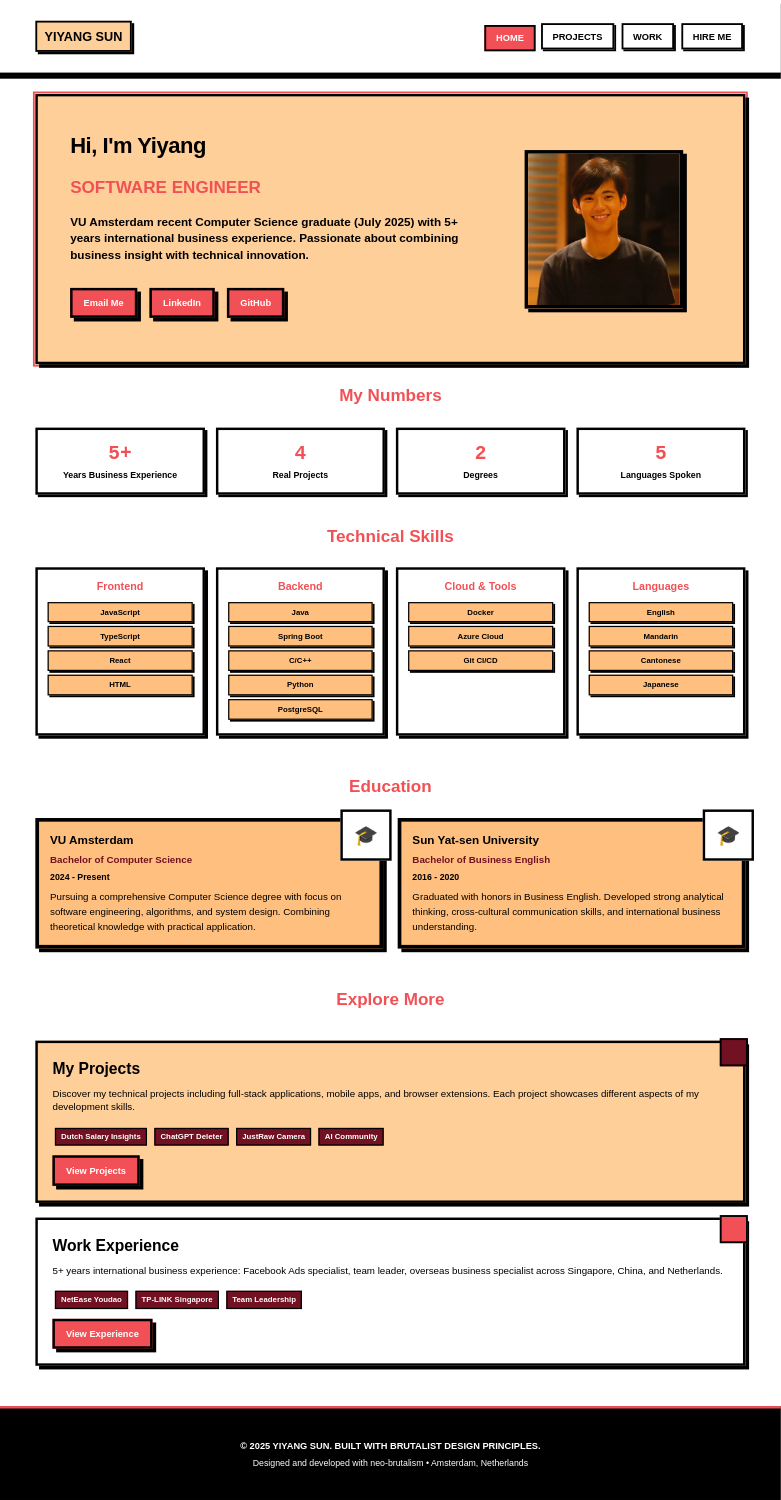
Repository: miloyiyangsun/yiyangsun.github.io
Page: .superdesign/design_iterations/yiyang_home_v2.html
These files come from the project's save history. The page is drawn as it stood at one moment and after the next save; the edit follows.
The browser window is 1280 px wide. The pictures show the whole page, at 61% of full size.

Above is the page before, as saved 2025-09-03 18:29:20.

After the next save:
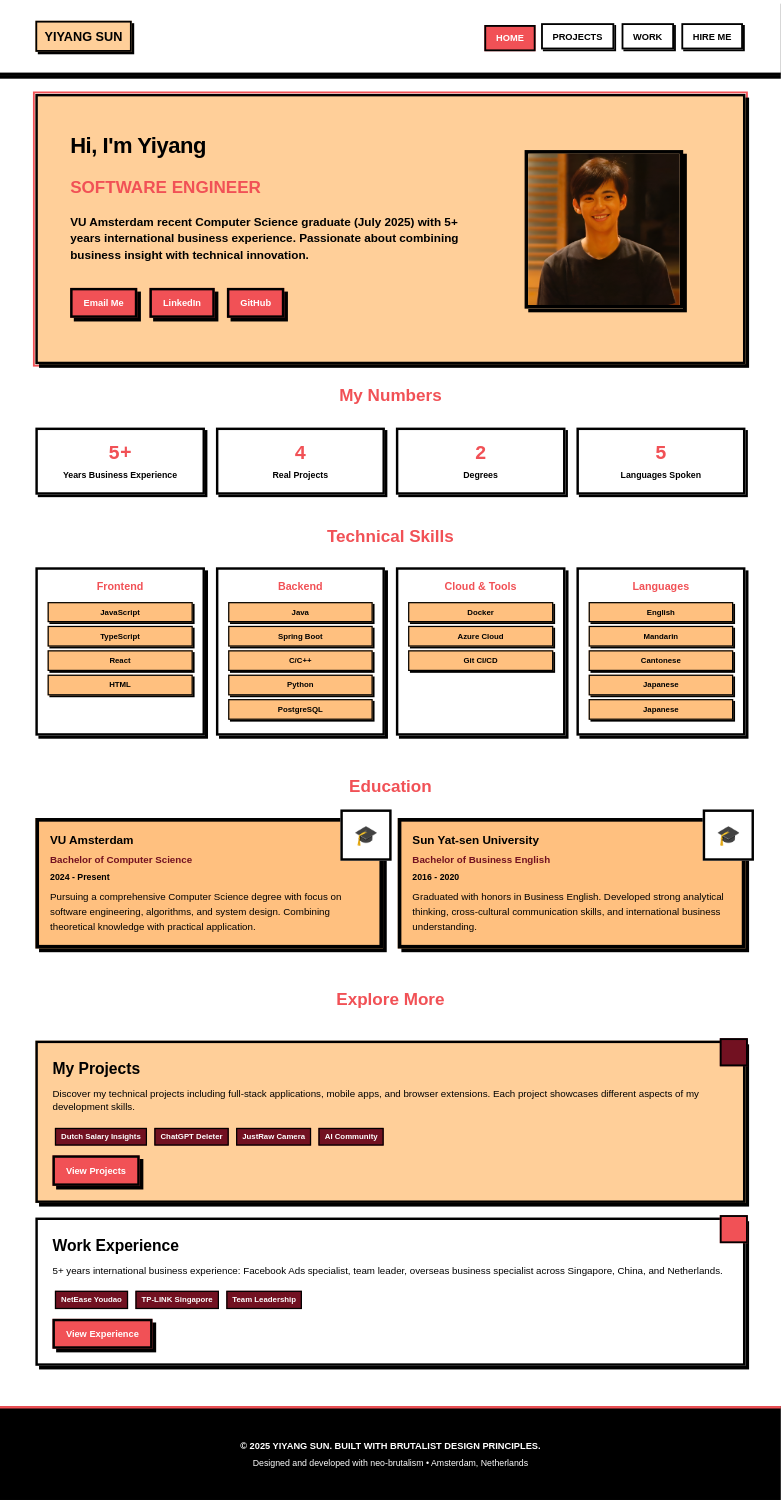
Saved 14 s later.
--- a/.superdesign/design_iterations/yiyang_home_v2.html
+++ b/.superdesign/design_iterations/yiyang_home_v2.html
@@ -441,6 +441,8 @@
             <div class="skill-item">Mandarin</div>
             <div class="skill-item">Cantonese</div>
             <div class="skill-item">Japanese</div>
+                        <div class="skill-item">Japanese</div>
+
           </div>
         </div>
       </section>
